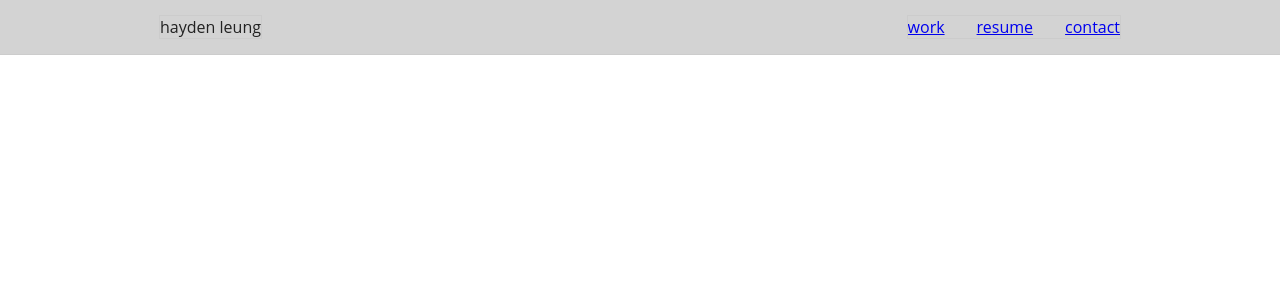
Repository: Haydenleung/Artifact
Page: /
An editor plug-in stored every save of this project. The page is shown before and after the next save, followed by the edit.
The browser window is 1280 px wide. The pictures show the whole page.
The project was rebuilt for these pictures with package versions that can differ from the ones it lists, and the page was loaded fresh each time. The framework's server and built-in components were replaced by stand-ins that run in the browser. Also part of the build but not shown: next.config.mjs.

Above is the page before, as saved 2024-01-26 22:51:12.

After the next save:
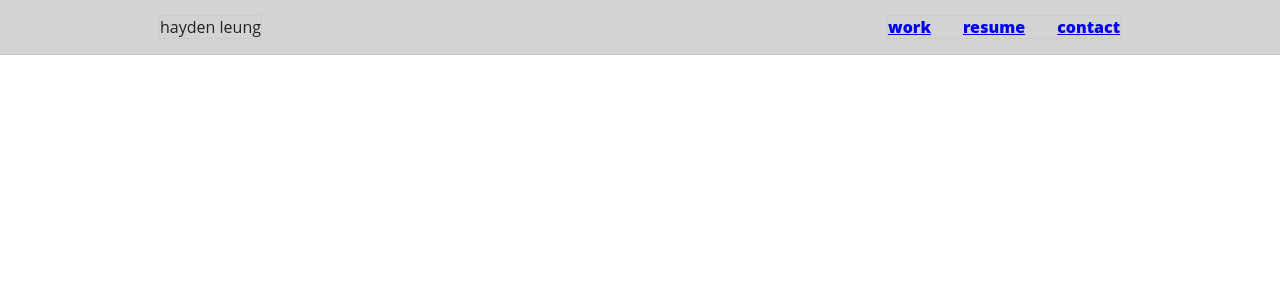
Saved 23 s later.
--- a/src/components/Navbar/navbar.module.css
+++ b/src/components/Navbar/navbar.module.css
@@ -16,3 +16,7 @@
     flex-direction: row;
     gap: 2rem;
 }
+
+.bold {
+    font-weight: 800;
+}
